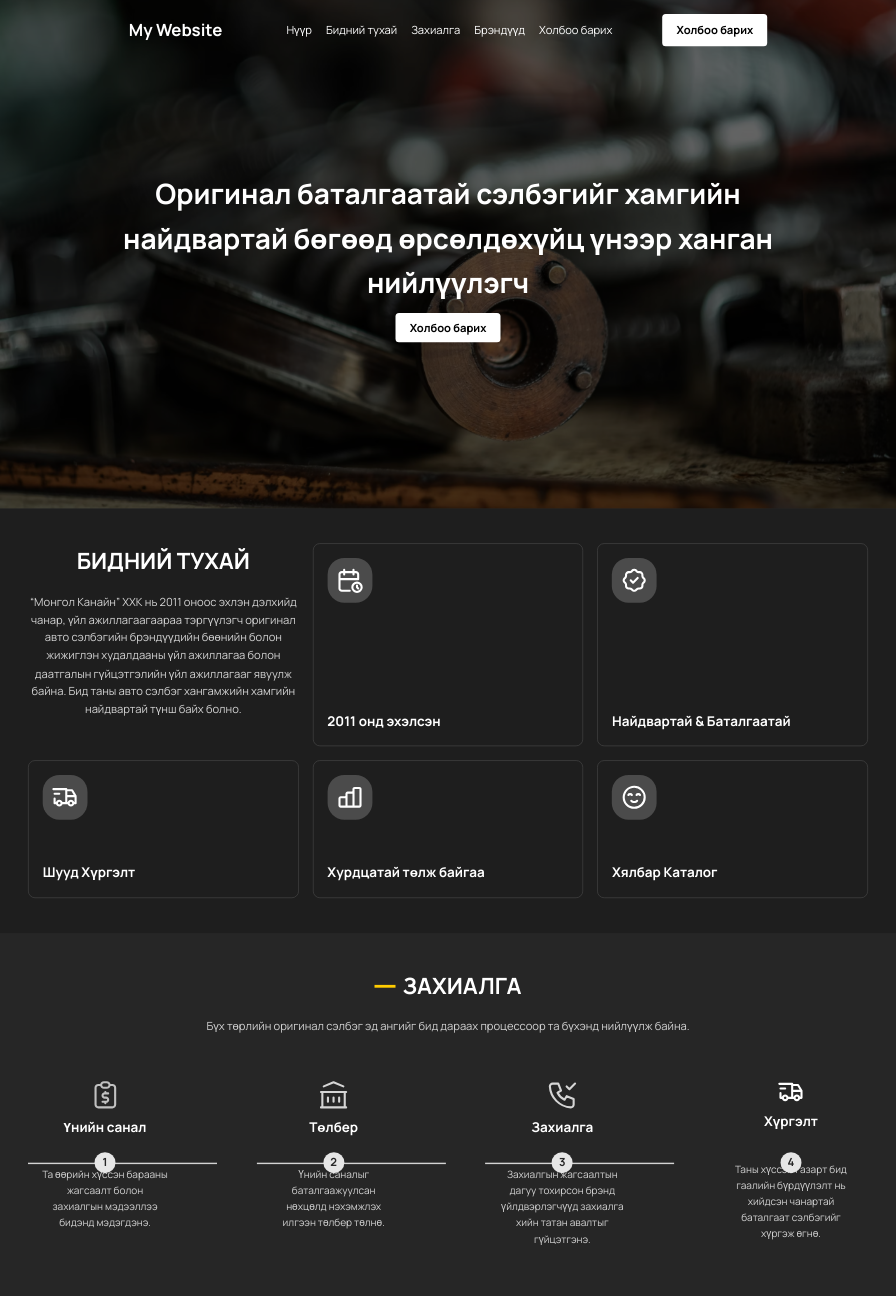
Repository: temuujinnn/mongol_kanain
Page: index.html
These files come from the project's save history. The page is drawn as it stood at one moment and after the next save; the edit follows.
The browser window is 1280 px wide. The pictures show the whole page, at 70% of full size.

Above is the page before, as saved 2024-08-22 18:21:40.

### index.html
<!DOCTYPE html>
<html lang="mn">

<head>
    <meta charset="UTF-8">
    <meta name="viewport" content="width=device-width, initial-scale=1.0">
    <title>My Custom Website</title>
    <link rel="stylesheet" href="style.css">
    <!-- Google Fonts Link -->
    <link href="https://fonts.googleapis.com/css2?family=Manrope:wght@400;700&display=swap" rel="stylesheet">
</head>

<body>
    <!-- Header Section -->
    <header>
        <div class="container">
            <div class="logo">
                <h1>My Website</h1>
            </div>
            <nav>
                <ul>
                    <li><a href="#home">Нүүр</a></li>
                    <li><a href="#about">Бидний тухай</a></li>
                    <li><a href="#order">Захиалга</a></li>
                    <li><a href="#brands">Брэндүүд</a></li>
                    <li><a href="#contact">Холбоо барих</a></li>
                </ul>
            </nav>
            <a href="#contact" class="contact-btn">Холбоо барих</a>
        </div>
    </header>

    <!-- Hero Section -->
    <section id="hero">
        <div class="overlay"></div>
        <div class="hero-content">
            <h1>Оригинал баталгаатай сэлбэгийг хамгийн найдвартай бөгөөд өрсөлдөхүйц үнээр ханган нийлүүлэгч</h1>
            <a href="#contact" class="button">Холбоо барих</a>
        </div>
    </section>

    <!-- The rest of your content -->
    <section id="about">
        <div class="container">

            <div class="about-grid">
                <div>
                    <h2>БИДНИЙ ТУХАЙ</h2>
                    <p class="description">“Монгол Канайн” ХХК нь 2011 оноос эхлэн дэлхийд чанар, үйл ажиллагаагаараа
                        тэргүүлэгч
                        оригинал авто сэлбэгийн брэндүүдийн бөөнийн болон жижиглэн худалдааны үйл ажиллагаа болон
                        даатгалын
                        гүйцэтгэлийн үйл ажиллагааг явуулж байна. Бид таны авто сэлбэг хангамжийн хамгийн найдвартай
                        түнш
                        байх
                        болно.</p>
                </div>

                <div class="about-card">
                    <div class="icon">
                        <img src="./icons/calendar-time.svg" alt="Calendar Icon">
                    </div>
                    <div style="height: 40px;"></div>
                    <div class="text">2011 онд эхэлсэн</div>
                </div>
                <div class="about-card">
                    <div class="icon">
                        <img src="./icons/discount-check.svg" alt="Calendar Icon">
                    </div>
                    <div style="height: 40px;"></div>
                    <div class="text">Найдвартай & Баталгаатай</div>
                </div>
                <div class="about-card">
                    <div class="icon">
                        <img src="./icons/truck-delivery.svg" alt="Calendar Icon">
                    </div>
                    <div style="height: 40px;"></div>
                    <div class="text">Шууд Хүргэлт</div>
                </div>
                <div class="about-card">
                    <div class="icon">
                        <img src="./icons/chart-bar.svg" alt="Calendar Icon">
                    </div>
                    <div style="height: 40px;"></div>
                    <div class="text">Хурдцатай төлж байгаа</div>
                </div>
                <div class="about-card">
                    <div class="icon">
                        <img src="./icons/mood-smile-beam.svg" alt="Calendar Icon">
                    </div>
                    <div style="height: 40px;"></div>
                    <div class="text">Хялбар Каталог</div>
                </div>
            </div>
        </div>
    </section>
    <section id="order-process">
        <div class="container">
            <h2>ЗАХИАЛГА</h2>
            <p class="description">Бүх төрлийн оригинал сэлбэг эд ангийг бид дараах процессоор та бүхэнд нийлүүлж байна.
            </p>
            <div class="steps">
                <div class="step">
                    <div class="stepicon">
                        <img src="./icons/report-money.svg" alt="Calendar Icon">
                    </div>
                    <div class="step-number">1</div>
                    <h3>Үнийн санал</h3>
                    <p>Та өөрийн хүссэн барааны жагсаалт болон захиалгын мэдээллээ бидэнд мэдэгдэнэ.</p>
                </div>
                <div class="step">
                    <div class="stepicon">
                        <img src="./icons/building-bank.svg" alt="Calendar Icon">
                    </div>
                    <div class="step-number">2</div>
                    <h3>Төлбер</h3>
                    <p>Үнийн саналыг баталгаажуулсан нөхцөлд нэхэмжлэх илгээн төлбер төлнө.</p>
                </div>
                <div class="step">
                    <div class="stepicon">
                        <img src="./icons/phone-check.svg" alt="Calendar Icon">
                    </div>
                    <div class="step-number">3</div>
                    <h3>Захиалга</h3>
                    <p>Захиалгын жагсаалтын дагуу тохирсон брэнд үйлдвэрлэгчүүд захиалга хийн татан авалтыг гүйцэтгэнэ.
                    </p>
                </div>
                <div class="step">
                    <div class="stepicon">
                        <img src="./icons/truck-delivery.svg" alt="Calendar Icon">
                    </div>
                    <div class="step-number">4</div>
                    <h3>Хүргэлт</h3>
                    <p>Таны хүссэн газарт бид гаалийн бүрдүүлэлт нь хийдсэн чанартай баталгаат сэлбэгийг хүргэж өгнө.
                    </p>
                </div>
            </div>
        </div>
    </section>
</body>

</html>

### style.css
/* Basic Reset */
* {
    margin: 0;
    padding: 0;
    box-sizing: border-box;
}

body {
    font-family: 'Manrope', sans-serif;
    color: white;
    background-color: #1e1e1e;
    line-height: 1.6;
}

/* Header */
header {

    /* Semi-transparent background */
    padding: 20px 0;
    position: absolute;
    /* Ensure the header is not fixed */
    width: 100%;
    z-index: 1000;
    /* Keep the header on top of other content */
}

header .container {
    display: flex;
    padding-left: 144px;
    padding-right: 144px;
    justify-content: space-between;
    align-items: center;
}

header .logo h1 {
    color: #fff;
    font-size: 1.5rem;
    margin: 0;
}

header nav ul {
    list-style: none;
    display: flex;
    margin: 0;
    padding: 0;
}

header nav ul li {
    margin-left: 20px;
}

header nav ul li a {
    color: #fff;
    text-decoration: none;
    font-size: 1rem;
}

header nav ul li a:hover {
    color: #ffcc00;
}

header .contact-btn {
    background-color: #fff;
    color: #000;
    padding: 10px 20px;
    text-decoration: none;
    border-radius: 5px;
    font-weight: bold;
}

header .contact-btn:hover {
    background-color: #e6e6e6;
}

/* Hero Section */
#hero {
    position: relative;
    background: url('./images/m.png') no-repeat center center/cover;
    height: 726px;
    display: flex;
    justify-content: center;
    align-items: center;
    text-align: center;
    color: #fff;
}

#hero .overlay {
    position: absolute;
    top: 0;
    left: 0;
    right: 0;
    bottom: 0;
    background: rgba(0, 0, 0, 0.5);
    /* Dark overlay */
}

.hero-content {
    z-index: 1;
    max-width: 80%;
}

.hero-content h1 {
    font-size: 2.5rem;
    margin-bottom: 20px;
}

.hero-content .button {
    padding: 10px 20px;
    background: #fff;
    color: #000;
    text-decoration: none;
    border-radius: 5px;
    font-weight: bold;
    transition: background-color 0.3s ease;
}

.hero-content .button:hover {
    background-color: #e6e6e6;
}

#about {
    padding: 50px 20px;
    background-color: #1e1e1e;
}

.container {
    max-width: 1200px;
    margin: 0 auto;
}

#about h2 {
    font-size: 32px;
    margin-bottom: 20px;
    color: #fff;
    font-weight: 700;
}

.description {

    font-size: 12px;
    font-style: normal;
    font-weight: 400;
}

.about-grid {
    display: grid;
    grid-template-columns: repeat(3, 1fr);
    gap: 20px;
    height: 100%;
}

.about-card {
    background-color: #1e1e1e;
    padding: 20px;
    border-radius: 10px;
    display: flex;
    flex-direction: column;
    justify-content: space-between;
    align-items: start;

    border: 1px solid #444;
    transition: transform 0.3s ease, border-color 0.3s ease;
}

.about-card:hover {
    transform: translateY(-5px);
    border-color: #ffcc00;
}

.icon {

    display: flex;
    justify-content: center;
    align-items: center;
    background-color: #4b4b4b;
    width: 64px;
    height: 64px;
    padding: 12px;
    border-radius: 24px;

}



.text {
    font-size: 1.2rem;
    color: #fff;
    font-weight: 700;
}

.text br {
    display: none;
}

@media (min-width: 768px) {
    .text br {
        display: inline;
    }
}

/* Adjusting body padding to avoid header overlay */
#order-process {
    padding: 50px 20px;
    background-color: #262626;
}

.container {
    max-width: 1200px;
    margin: 0 auto;
    text-align: center;
}

#order-process h2 {
    font-size: 2rem;
    margin-bottom: 20px;
    color: #fff;
    position: relative;
    display: inline-block;
    padding-left: 40px;
}

#order-process h2::before {
    content: '';
    position: absolute;
    left: 0;
    top: 50%;
    transform: translateY(-50%);
    width: 30px;
    height: 4px;
    background-color: #ffcc00;
    /* Yellow color */
}

.description {
    font-size: 1rem;
    margin-bottom: 40px;
    color: #d3d3d3;
}

.steps {
    display: flex;
    justify-content: space-between;
    flex-wrap: wrap;
    position: relative;
}

.step {
    flex: 1;
    padding: 20px;
    max-width: 220px;
    position: relative;
    /* Ensure step number stays relative to its parent */
    text-align: center;
}

.step::after {
    content: '';
    position: absolute;
    top: 50%;
    right: -50px;
    /* Adjust depending on spacing between steps */
    width: calc(100% + 50px);
    /* Extend to next step */
    height: 2px;
    background-color: #d3d3d3;
    z-index: 0;
}

.step:last-child::after {
    display: none;
    /* Remove the line after the last step */
}

.icon {
    margin-bottom: 20px;
    position: relative;
}

.step-number {
    position: absolute;
    top: 50%;
    /* Aligns with the line */
    left: 50%;
    transform: translate(-50%, -50%);
    background-color: #e6e6e6;
    color: #262626;
    font-weight: bold;
    border-radius: 50%;
    width: 30px;
    height: 30px;
    display: flex;
    align-items: center;
    justify-content: center;
    font-size: 1rem;
    z-index: 1;
    /* Ensures step number stays on top */
}

.step h3 {
    font-size: 1.2rem;
    margin-bottom: 20px;
    color: #fff;
}

.step p {
    margin-top: 40px;
    font-size: 0.9rem;
    color: #d3d3d3;
}

@media (max-width: 768px) {
    .steps {
        flex-direction: column;
        align-items: center;
    }

    .step {
        max-width: 100%;
        margin-bottom: 20px;
    }

    .step::after {
        display: none;
        /* Remove the lines for mobile view */
    }
}

After the next save:
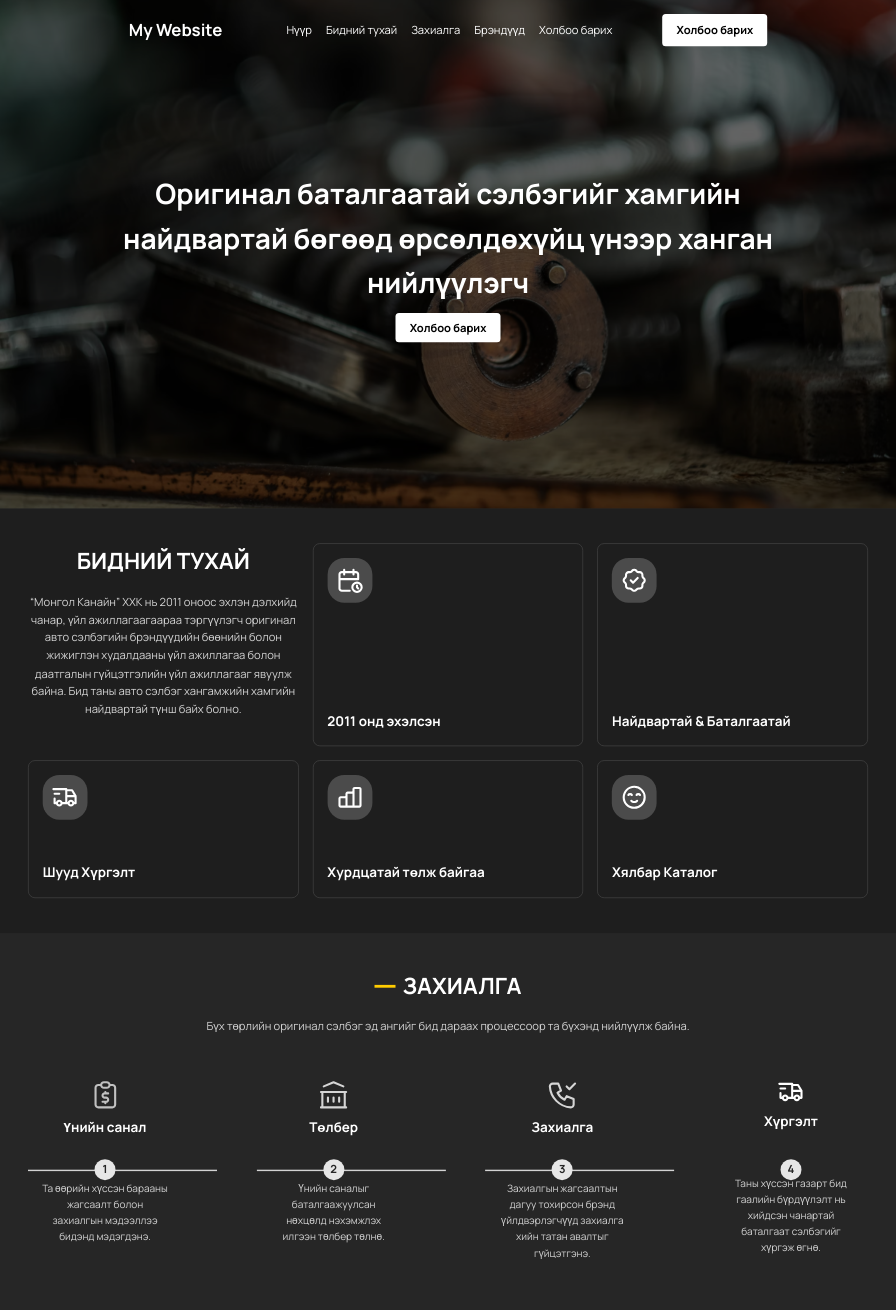
Saved 6 s later.
--- a/style.css
+++ b/style.css
@@ -303,7 +303,7 @@
 }
 
 .step p {
-    margin-top: 40px;
+    margin-top: 60px;
     font-size: 0.9rem;
     color: #d3d3d3;
 }
